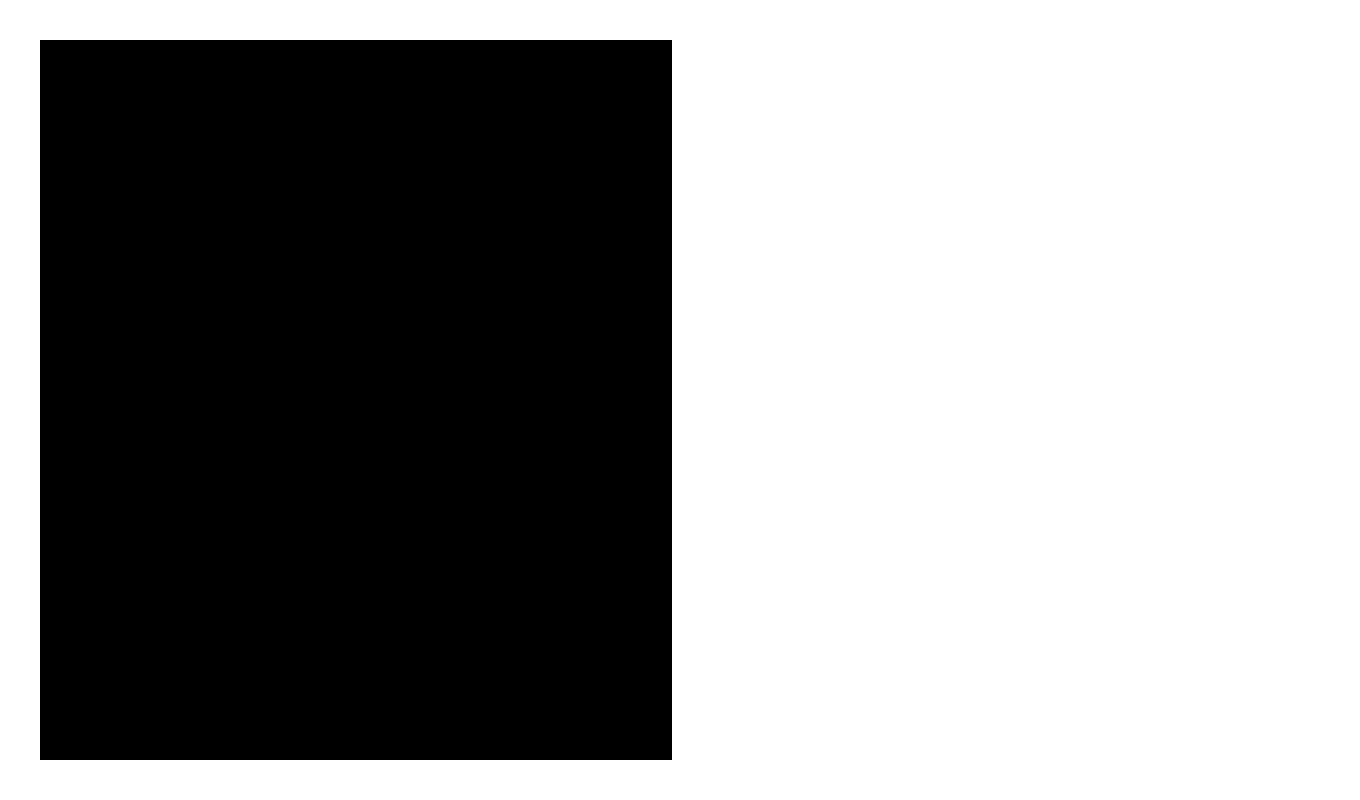
Repository: swarnabha-dutta/ai-code-reviewer
Page: / (app in frontend/)
An editor plug-in stored every save of this project. The page is shown before and after the next save, followed by the edit.
The browser window is 1280 px wide. The page is 1360 px wide, then 1328 px, so the pictures cover 1360 px, including what lies to the right of the window. The pictures show the whole page.
The project was rebuilt for these pictures with package versions that can differ from the ones it lists, and the page was loaded fresh each time. Also part of the build but not shown: frontend/vite.config.js.

Above is the page before, as saved 2025-06-07 08:30:56.

### frontend/src/App.jsx
import './App.css'

function App() {

  return (
    <>
      <main>
        <div className="left">
          <div className="code"></div>
          <div className="review"></div>
        </div>
        <div className="right"></div>
     </main>
    </>
  )
}

export default App

### frontend/src/App.css
* {
  margin: 0%;
  padding: 0%;
  box-sizing: border-boc;
}

html,
body,
#root {
  height: 100%;
  width: 100%;
}

main {
  height: 100%;
  width: 100%;
  padding: 2.5rem;
  display: flex;
  gap: 1rem;
}

main .left,
main .right {
  height: 100%;
  flex-basis: 50%;
}

main .left {
  background-color: #000;
}

Loaded but not shown: frontend/index.html (common file); frontend/src/main.jsx (common file); frontend/src/index.css (common file)

After the next save:
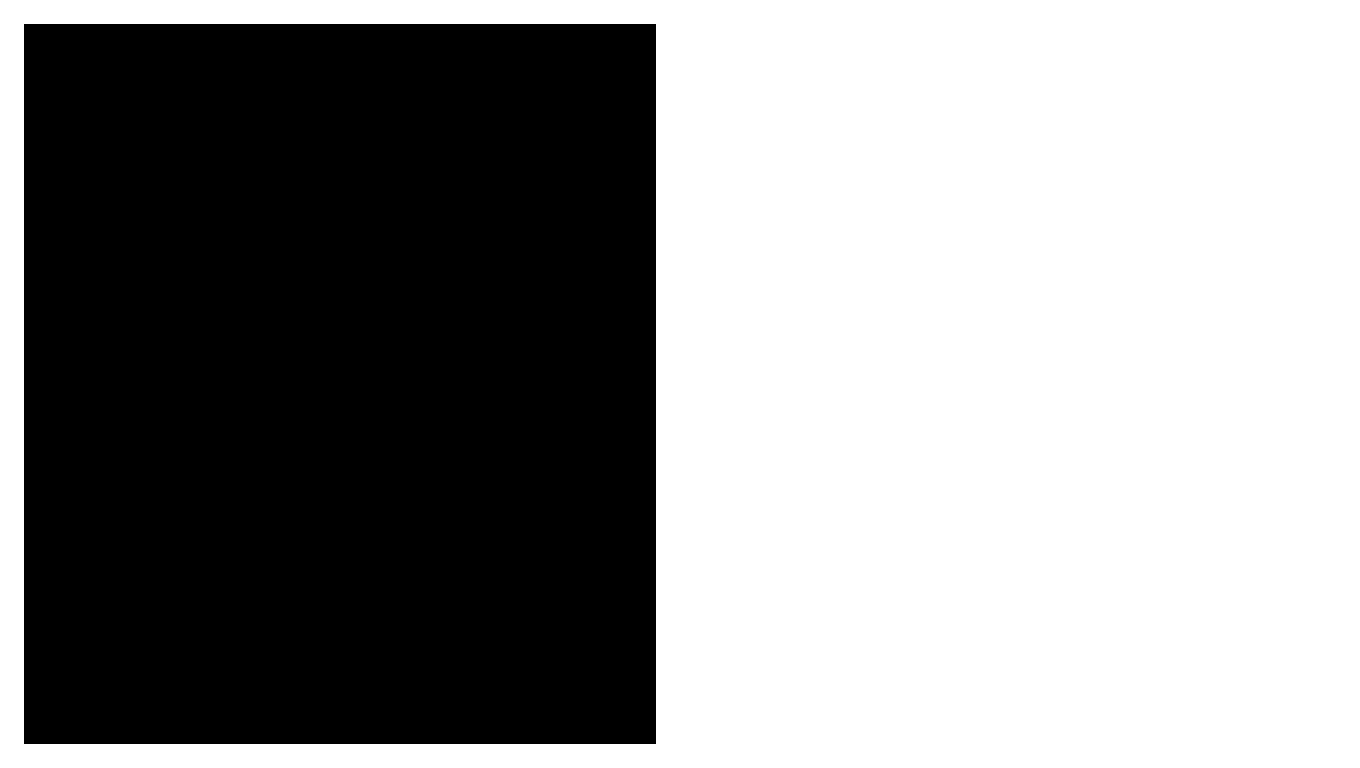
Saved 18 s later.
--- a/frontend/src/App.css
+++ b/frontend/src/App.css
@@ -14,7 +14,7 @@ body,
 main {
   height: 100%;
   width: 100%;
-  padding: 2.5rem;
+  padding: 1.5rem;
   display: flex;
   gap: 1rem;
 }
